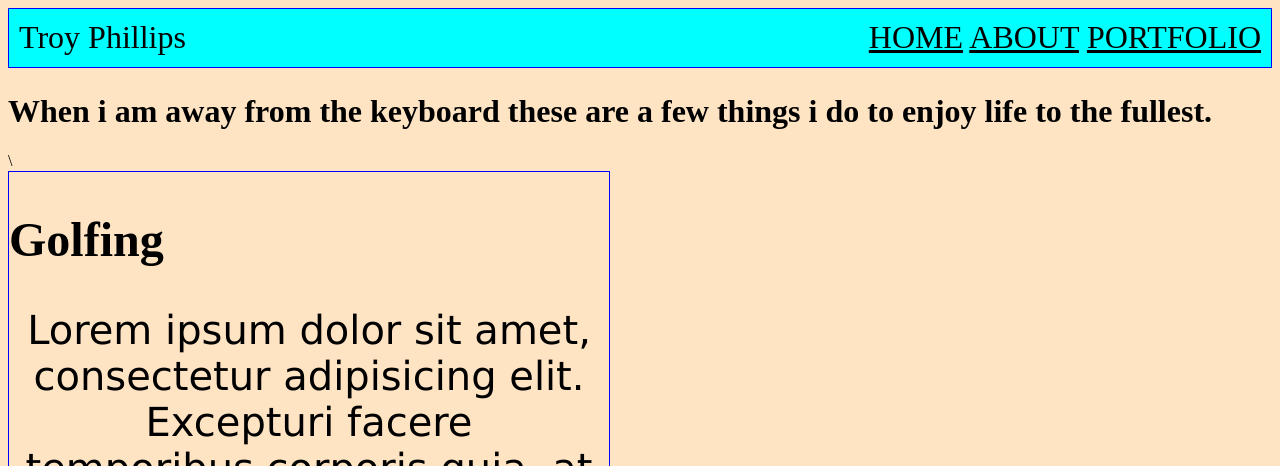
Repository: TheTroyPhillips/Personal-website
Page: about.html
These files come from the project's save history. The page is drawn as it stood at one moment and after the next save; the edit follows.
The browser window is 1280 px wide. The pictures show the part of the page from y = 0 to 466 px (the page is 1838 px tall before and 1848 px after).
A picture or video elsewhere on the page could not be fetched, so the positions and the page height are approximate.

Above is the page before, as saved 2023-09-10 23:11:04.

After the next save:
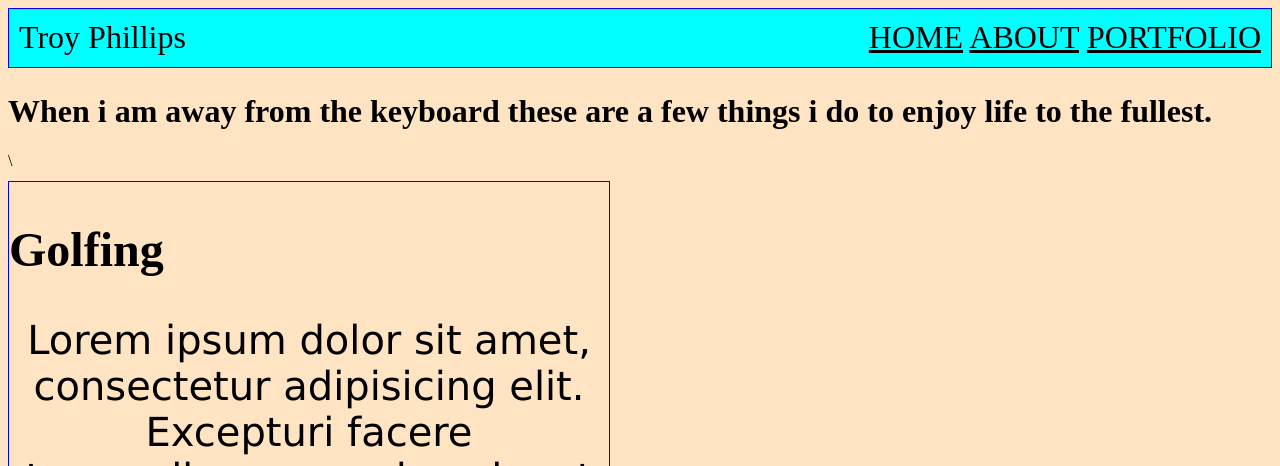
Saved 25 s later.
--- a/about.html
+++ b/about.html
@@ -17,7 +17,7 @@
         </div>
         <h1 class="about">When i am away from the keyboard these are
             a few things i do to enjoy life to the fullest.</h1>\
-     <div class="parent"></div>
+     <div class="parentone"></div>
         <div class="childb">
             <section>
                 <h2>Golfing</h2>
